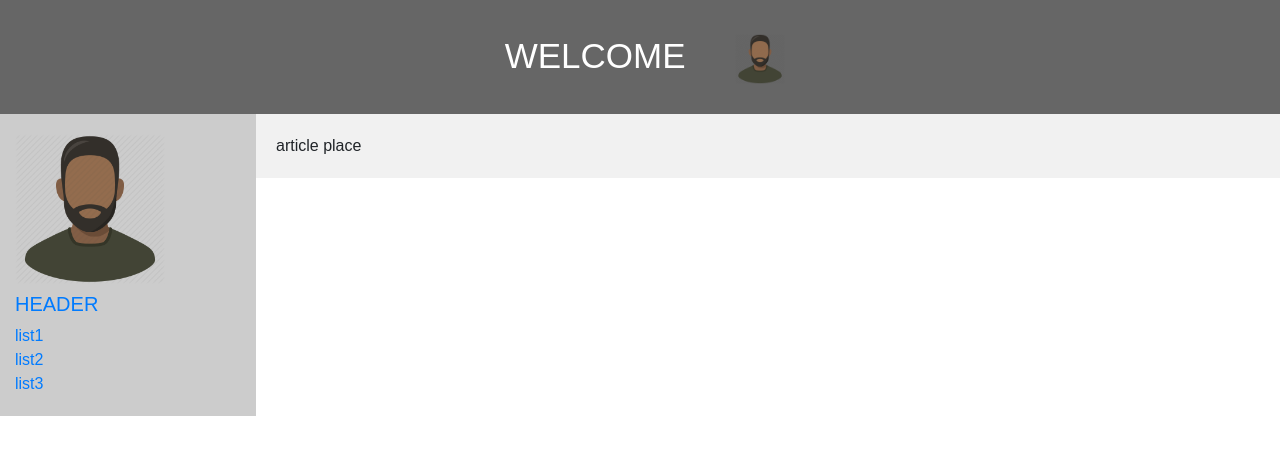
Repository: idrice24/IDRICE24-DASHBOARD
Page: html/header.html
The author's editor kept a copy of each file at every save. The page is drawn from the files as they stood at one save, then again after the next save.
The browser window is 1280 px wide. The pictures show the whole page.

Above is the page before, as saved 2020-09-03 23:48:18.

After the next save:
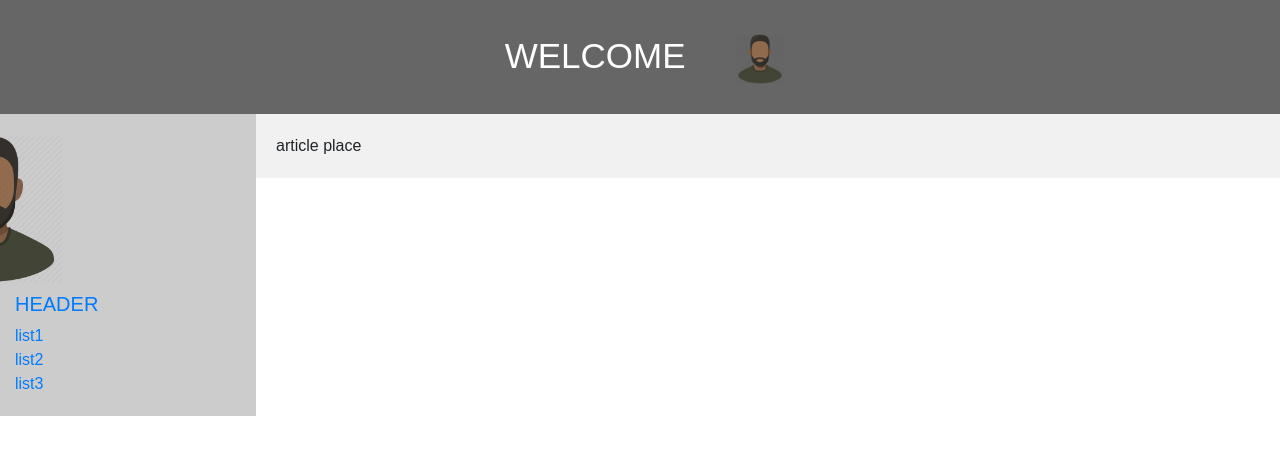
Saved 56 s later.
--- a/html/header.html
+++ b/html/header.html
@@ -27,7 +27,7 @@
                 <div class="row">
                     <div class="col-md-4">
                         <a href="../imgs/login2.PNG" class="thumbnail">
-                            <img src="../imgs/login2.PNG" alt="Pulpit Rock" style="width:150px;height:150px">
+                            <img src="../imgs/login2.PNG" alt="Pulpit Rock" style="width:150px;height:150px; float:right;">
                         </a>
                     </div>
                 </div>

After the save that followed:
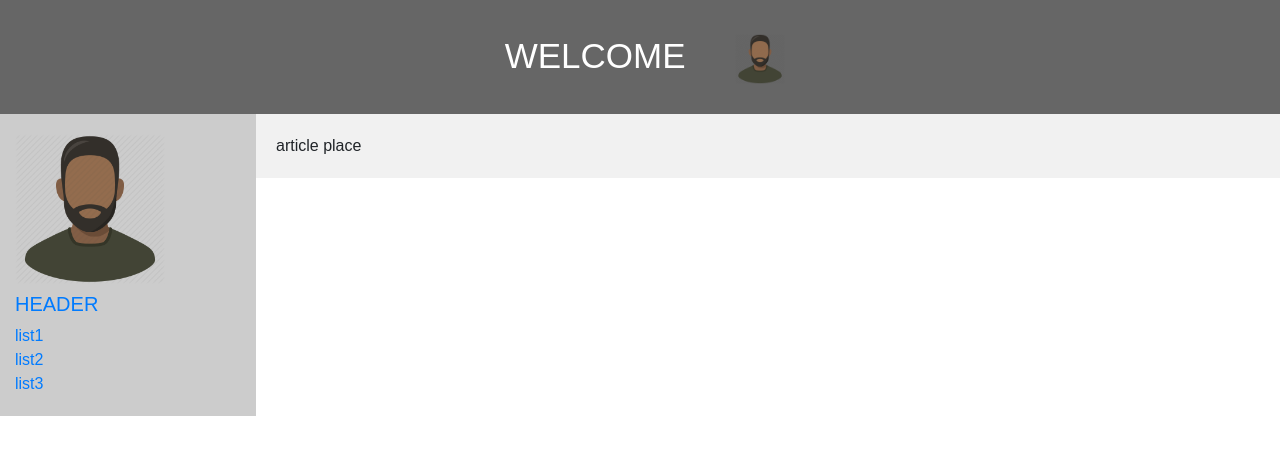
Saved 15 s later.
--- a/html/header.html
+++ b/html/header.html
@@ -27,7 +27,7 @@
                 <div class="row">
                     <div class="col-md-4">
                         <a href="../imgs/login2.PNG" class="thumbnail">
-                            <img src="../imgs/login2.PNG" alt="Pulpit Rock" style="width:150px;height:150px; float:right;">
+                            <img src="../imgs/login2.PNG" alt="Pulpit Rock" style="width:150px;height:150px">
                         </a>
                     </div>
                 </div>
